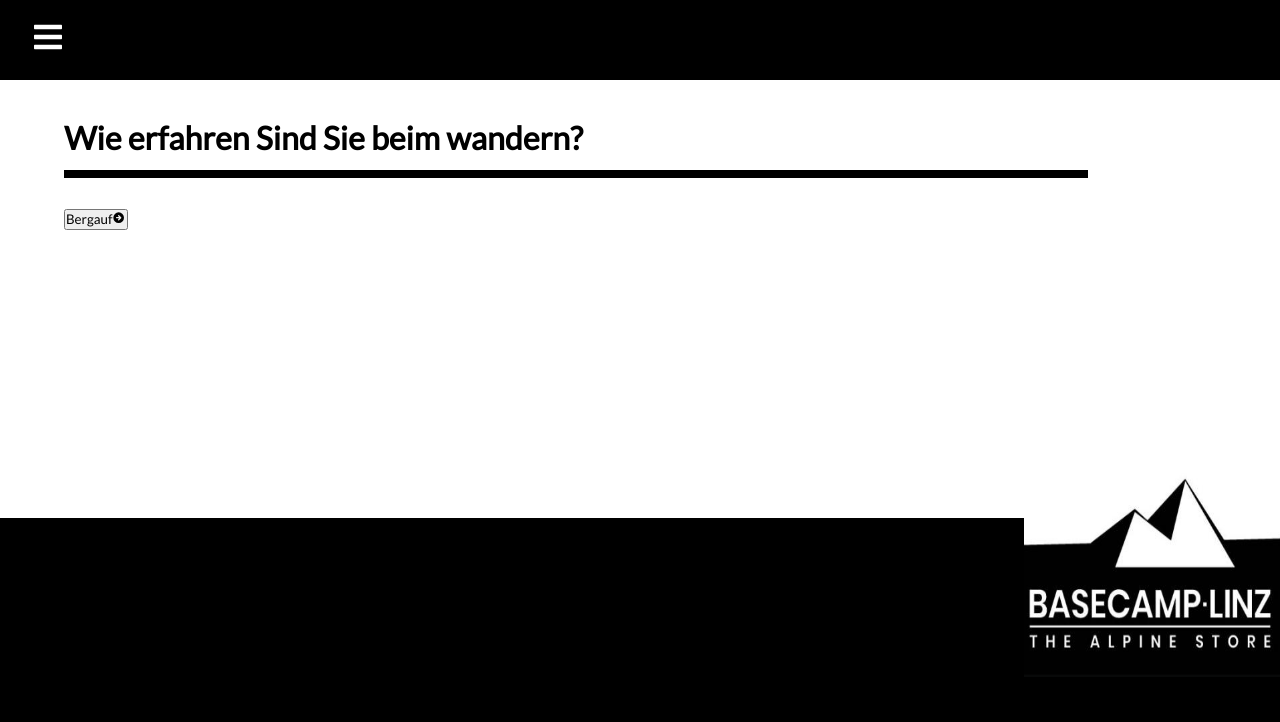
Repository: LeleZuGut/Kundenabfragesystem-Website
Page: /fragen/Wandern
These files come from the project's save history. The page is drawn as it stood at one moment and after the next save; the edit follows.
The browser window is 1280 px wide. The pictures show the whole page.
The project was rebuilt for these pictures with package versions that can differ from the ones it lists, and the page was loaded fresh each time. Also part of the build but not shown: src/Pages/FormSignup.js, src/Form.js, src/Styles/FormLogin.css, src/Pages/FormLogin.js, src/Form-Log.js, src/Pages/FormFragenKatalog-Main.js.

Above is the page before, as saved 2021-08-15 16:16:49.

After the next save:
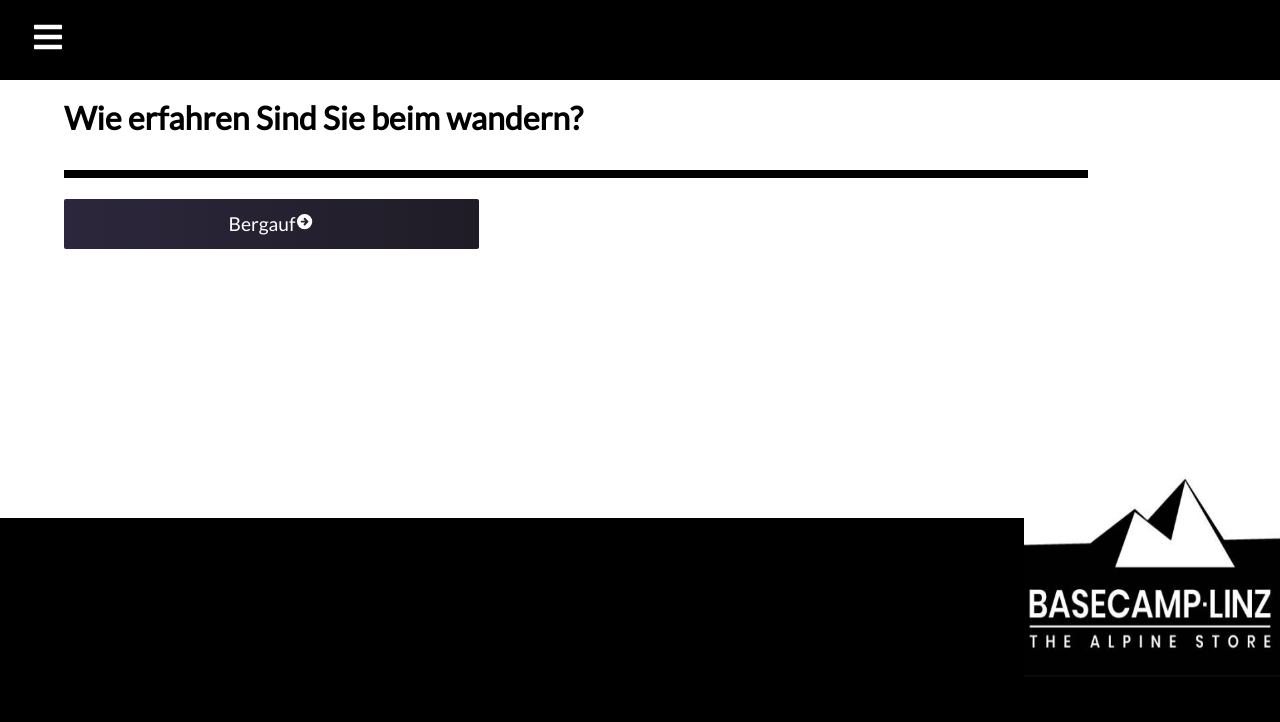
Saved 19 s later.
--- a/src/Styles/FormFragenkatalog.css
+++ b/src/Styles/FormFragenkatalog.css
@@ -29,7 +29,7 @@
 
 }
 
-.Wander_main_button_weiter{
+.Wandern_main_button_weiter{
     width: 80%;
     height: 50px;
     margin-top: 10px;
